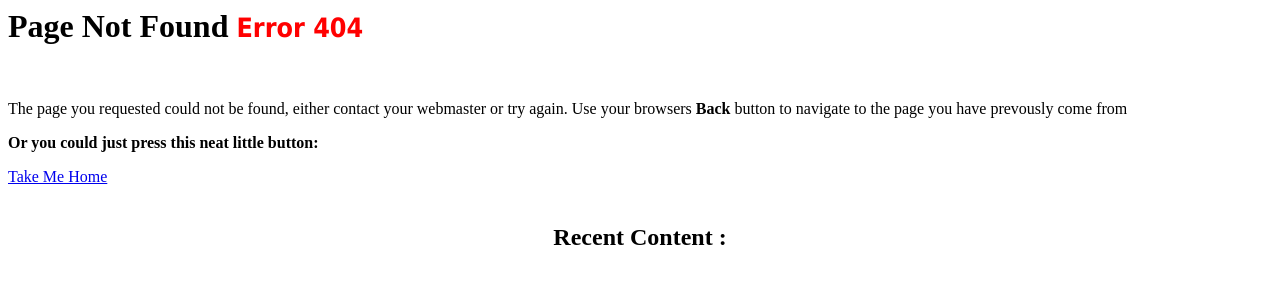
Repository: ttiede/F21
Page: fj-21-agenda/WebContent/404.html
An editor plug-in stored every save of this project. The page is shown before and after the next save, followed by the edit.
The browser window is 1280 px wide. The pictures show the whole page.

Above is the page before, as saved 2017-11-18 13:22:14.

After the next save:
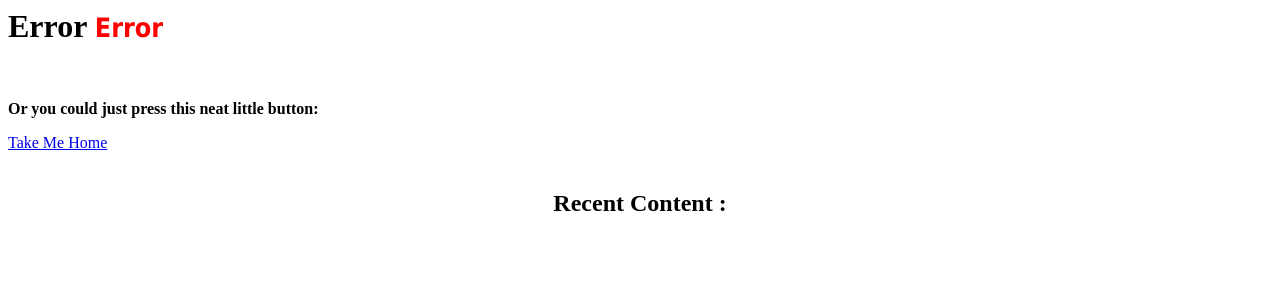
Saved 27 s later.
--- a/fj-21-agenda/WebContent/404.html
+++ b/fj-21-agenda/WebContent/404.html
@@ -3,14 +3,11 @@
 		<div class="span12">
 			<div class="hero-unit center">
 				<h1>
-					Page Not Found <small><font face="Tahoma" color="red">Error
-							404</font></small>
+					Error <small><font face="Tahoma" color="red">Error
+							</font></small>
 				</h1>
 				<br />
 				<p>
-					The page you requested could not be found, either contact your
-					webmaster or try again. Use your browsers <b>Back</b> button to
-					navigate to the page you have prevously come from
 				</p>
 				<p>
 					<b>Or you could just press this neat little button:</b>
